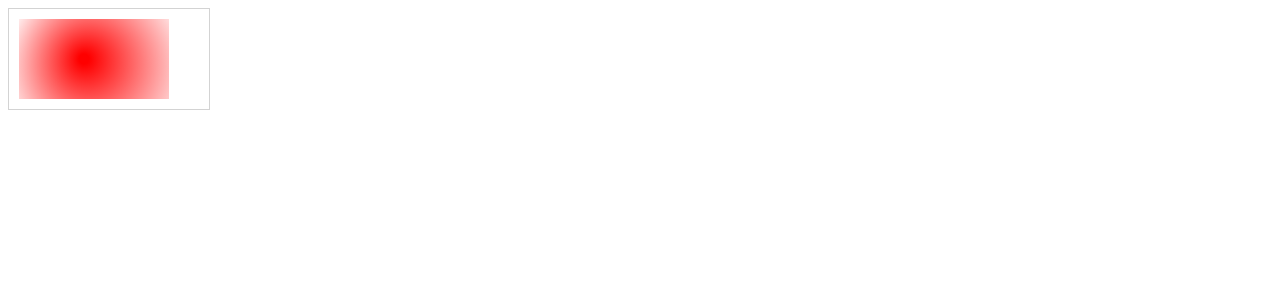
Repository: SonPhamThe/C0622G1-PhamTheSon
Page: ss1-sudungthehtmlcoban/baitap.html
An editor plug-in stored every save of this project. The page is shown before and after the next save, followed by the edit.
The browser window is 1280 px wide. The pictures show the whole page.

Above is the page before, as saved 2022-07-19 09:08:03.

### ss1-sudungthehtmlcoban/baitap.html
<!DOCTYPE html>
<html lang="en">
  <head>
    <title>HyperText Markup Language</title>
  </head>
  <body>
    <canvas
      id="myCanvas"
      width="200"
      height="100"
      style="border: 1px solid #d3d3d3"
    >
      Your browser does not support the HTML5 canvas tag.</canvas
    >
    <script>
      var c = document.getElementById("myCanvas");
      var ctx = c.getContext("2d");

      // Create gradient
      var grd = ctx.createLinearGradient(0, 0, 200, 0);
      grd.addColorStop(0, "red");
      grd.addColorStop(1, "white");

      // Fill with gradient
      ctx.fillStyle = grd;
      ctx.fillRect(10, 10, 150, 80);
      var d = document.getElementById("myCanvas");
      var ctx1 = d.getContext("2d");

      // Create gradient
      var grd1 = ctx1.createRadialGradient(75, 50, 5, 90, 60, 100);
      grd1.addColorStop(0, "red");
      grd1.addColorStop(1, "white");
      ctx1.fillStyle = grd1;
      ctx1.fillRect(10, 10, 150, 80);
    </script>
  </body>
</html>

After the next save:
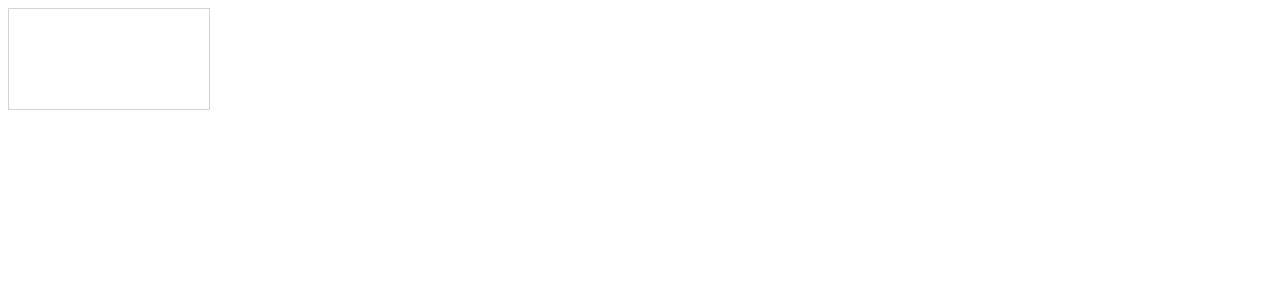
Console error: ReferenceError: ctx is not defined
Saved 33 s later.
--- a/ss1-sudungthehtmlcoban/baitap.html
+++ b/ss1-sudungthehtmlcoban/baitap.html
@@ -13,16 +13,7 @@
       Your browser does not support the HTML5 canvas tag.</canvas
     >
     <script>
-      var c = document.getElementById("myCanvas");
-      var ctx = c.getContext("2d");
 
-      // Create gradient
-      var grd = ctx.createLinearGradient(0, 0, 200, 0);
-      grd.addColorStop(0, "red");
-      grd.addColorStop(1, "white");
-
-      // Fill with gradient
-      ctx.fillStyle = grd;
       ctx.fillRect(10, 10, 150, 80);
       var d = document.getElementById("myCanvas");
       var ctx1 = d.getContext("2d");

After the save that followed:
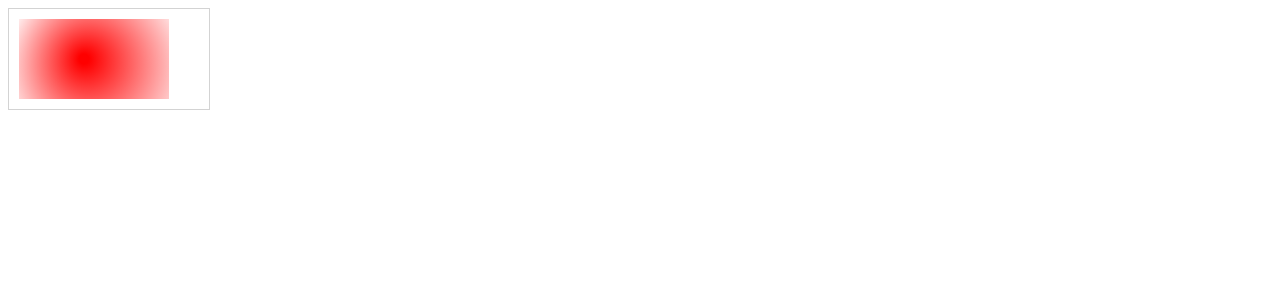
The error is gone.
Saved 4 s later.
--- a/ss1-sudungthehtmlcoban/baitap.html
+++ b/ss1-sudungthehtmlcoban/baitap.html
@@ -13,7 +13,16 @@
       Your browser does not support the HTML5 canvas tag.</canvas
     >
     <script>
+      var c = document.getElementById("myCanvas");
+      var ctx = c.getContext("2d");
 
+      // Create gradient
+      var grd = ctx.createLinearGradient(0, 0, 200, 0);
+      grd.addColorStop(0, "red");
+      grd.addColorStop(1, "white");
+
+      // Fill with gradient
+      ctx.fillStyle = grd;
       ctx.fillRect(10, 10, 150, 80);
       var d = document.getElementById("myCanvas");
       var ctx1 = d.getContext("2d");
